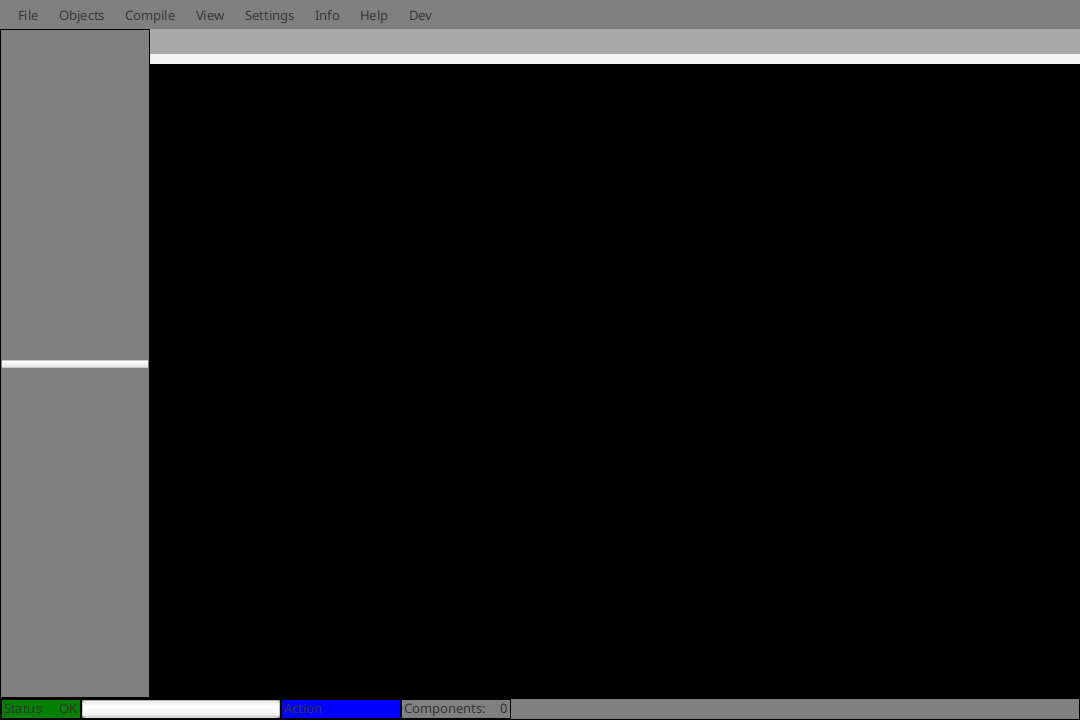
Repository: knoxaramav2/Sapa
Program's window: java nSketch/nSketch/src/system/Launcher.java
An editor plug-in stored every save of this project. The program's window is shown before and after the next save, followed by the edit.
It runs on Java 21 on a 1366 x 768 screen with JavaFX 11; the title bar is not drawn.

Above is the program's window before, as saved 2016-02-29 03:40:55.

### nSketch/nSketch/src/system/Launcher.java
package system;

import gui.Controller;
import gui.SubController;
import javafx.application.Application;
import javafx.event.ActionEvent;
import javafx.event.EventHandler;
import javafx.fxml.FXMLLoader;
import javafx.scene.Parent;
import javafx.scene.Scene;
import javafx.scene.control.Button;
import javafx.scene.layout.StackPane;
import javafx.stage.Stage;

public class Launcher extends Application{

	int defaultWidth = 1080;
	int defaultHeight = 720;

	public static void main(String[] args) {
		launch(args);
	}

	@Override
	public void start(Stage primaryStage) throws Exception {

		Controller CT = new Controller(new Settings(primaryStage), primaryStage);//primary controller
		FXMLLoader loader = new FXMLLoader(getClass().getResource("../gui/Layout.fxml"));//load primary FXML

		loader.setController(CT);

		loader.load();


		Scene scene = new Scene(loader.getRoot(),defaultWidth,defaultHeight);

		primaryStage.setScene(scene);
		primaryStage.show();
	}

}

### nSketch/nSketch/src/gui/Controller.java
package gui;

import java.awt.Desktop;
import java.io.File;
import java.io.FileInputStream;
import java.io.IOException;

import javafx.event.ActionEvent;
import javafx.fxml.FXML;
import javafx.fxml.FXMLLoader;
import javafx.scene.Parent;
import javafx.scene.Scene;
import javafx.scene.control.Button;
import javafx.scene.control.Label;
import javafx.scene.text.Text;
import javafx.stage.FileChooser;
import javafx.stage.FileChooser.ExtensionFilter;
import javafx.stage.Modality;
import javafx.stage.Stage;
import javafx.stage.StageStyle;
import system.Settings;

public class Controller {

	//Held References
	SubController sCT = null;

	Settings settings = null;
	Stage stage = null;

	@FXML Label statusLabel;
	@FXML Label actionLabel;

	public Controller(Settings st, Stage pStage)
	{
		System.out.println("Controller created");
		settings=st;

		//Load controls
		sCT = new SubController(st, pStage);
		stage=pStage;
	}


	@FXML private Text actionTarget;

	@FXML protected void actAbout(ActionEvent event)
	{
		System.out.println("About Pressed");

		try {
			FXMLLoader fxmlLoader = new FXMLLoader(getClass().getResource("About.fxml"));
			Parent root = (Parent) fxmlLoader.load();
			Stage stage = new Stage();
			stage.initModality(Modality.APPLICATION_MODAL);
			stage.setTitle("About");
			stage.setScene(new Scene(root));
			stage.show();

		} catch (IOException e) {
			// TODO Auto-generated catch block
			e.printStackTrace();
		}
	}

	@FXML protected void actExit(ActionEvent event)
	{
		System.exit(0);
	}

	@FXML protected void actProjectSettings(ActionEvent event)
	{
		System.out.println("Configure Project");

		if (!settings.isProjectActive())
			return;

		try {
			FXMLLoader prjLoader = new FXMLLoader(getClass().getResource("../gui/ProjectSettings.fxml"));//load project settings XML
			prjLoader.setController(sCT);
			Parent root = (Parent) prjLoader.load();
			sCT.LoadForm();
			Stage stage = new Stage();
			stage.initModality(Modality.APPLICATION_MODAL);
			stage.setTitle("Project Settings");
			stage.setScene(new Scene(root));
			stage.show();
		} catch (IOException e) {
			System.out.println("Failed to open configure dialog");
			e.printStackTrace();
		}
	}

	@FXML protected void actDev(ActionEvent event)
	{

		setStatus("Dev");

		try {
			FXMLLoader fxmlLoader = new FXMLLoader(getClass().getResource("Popup.fxml"));
			Parent root = (Parent) fxmlLoader.load();
			Stage stage = new Stage();
			stage.initModality(Modality.APPLICATION_MODAL);
			stage.setTitle("About");
			stage.setScene(new Scene(root));
			stage.show();

		} catch (IOException e) {
			// TODO Auto-generated catch block
			e.printStackTrace();
		}
	}

	@FXML protected void actNewProject(ActionEvent event)
	{
		System.out.println("New Project");

		//prompt for save or cancel
		if (settings.isProjectActive())
		{

		}

		try {
			FXMLLoader npWizard = new FXMLLoader(getClass().getResource("../gui/NewProject.fxml"));//new Project Wizard
			npWizard.setController(sCT);
			Parent root = (Parent) npWizard.load();
			sCT.LoadForm();
			Stage stage = new Stage();
			stage.initModality(Modality.APPLICATION_MODAL);
			stage.setTitle("Project Wizard");
			stage.setScene(new Scene(root));
			stage.show();

		} catch (IOException e) {
			// TODO Auto-generated catch block
			e.printStackTrace();
		}
	}

	@FXML protected void actLoadProject(ActionEvent event)
	{
		System.out.println("Load Project");

		FileChooser fc = new FileChooser();
		fc.setTitle("Open Project File");
		fc.setInitialDirectory(new File(settings.getProjectPath()));

		FileChooser.ExtensionFilter filter = new FileChooser.ExtensionFilter("nSketch Project (*.cns)", "*.cns");
		fc.getExtensionFilters().add(filter);

		File file = fc.showOpenDialog(stage);
		if (file!=null)
		{
			loadProjectFile(file);
		} else
			return;
	}

	@FXML protected void actSaveProject(ActionEvent event)
	{
		System.out.println("Save Project");
	}


	//Utility methods
	protected void loadProjectFile(File file)
	{

		System.out.println(file.getName());
	}

	public void setStatus(String msg)
	{
		statusLabel.setText(msg);
	}
}

### nSketch/nSketch/src/system/Settings.java
package system;

import java.util.ArrayList;

import javafx.stage.Stage;

class Version
{
	int MAJOR;
	int MINOR;
	int PATCH;

	public Version()
	{
		MAJOR=0;
		MINOR=0;
		PATCH=0;
	}

	@Override
	public
	String toString()
	{
		return new String(Integer.toString(MAJOR)+"."+Integer.toString(MINOR)+"."+Integer.toString(PATCH));
	}
}

/*
 * Stores all project information
 *
 */
public class Settings {

	//project information
	String projectName = null;
	String projectPath = null;
	Version version = null;
	Boolean activeProject = null;
	ArrayList <String> fileList = null;

	//Compiler Settings
	Boolean bitmode64;
	String interLang;

	//Biology Globals
	public Double ECSC;//extra cellular space concentration
	public Integer TDF;//time dilation factor

	//system references
	Stage primaryStage = null;

	//file tracking
	ArrayList <String> ProjectFiles = null;

	public Settings(Stage stg)
	{
		projectName = new String();
		projectPath = new String();
		version = new Version();
		activeProject=new Boolean(false);
		fileList = new ArrayList <String>();

		bitmode64 = new Boolean(true);
		interLang = new String("C");

		ECSC = new Double(0.0);
		TDF = new Integer(1);

		primaryStage = stg;

		setProjectName("untitled");
		setProjectPath("projects/");
	}

	public void setProjectName(String name)
	{
		projectName=name;

		projectPath=new String(projectPath+projectName);

		primaryStage.setTitle("nSketch    - "+name);

		System.out.println("Project name set to "+name);
	}

	public void setVersion(int M, int m, int p)
	{
		version.MAJOR=M;
		version.MINOR=m;
		version.PATCH=p;
	}

	public String getProjectName()
	{
		return projectName;
	}

	public Boolean isProjectActive()
	{
		return activeProject;
	}

	public String getProjectPath()
	{
		return projectPath;
	}

	public String getPath()
	{
		return new String(projectPath+projectName+"/");
	}

	public String getVersion()
	{
		return version.toString();
	}

	public String getInterLang()
	{
		return interLang;
	}

	public ArrayList<String> getFileList()
	{
		return fileList;
	}

	public Boolean is64bit()
	{
		return bitmode64;
	}

	public void setProjectPath(String path)
	{
		System.out.println("Settings path to "+path);
		projectPath=path;
	}

	public void setProjectActive(Boolean state)
	{
		activeProject=state;
	}

}

### nSketch/nSketch/src/gui/SubController.java
package gui;

import java.io.File;
import java.io.IOException;

import appFields.VersionField;
import fileIo.ProjectWriter;
import javafx.event.ActionEvent;
import javafx.fxml.FXML;
import javafx.scene.control.Button;
import javafx.scene.control.RadioButton;
import javafx.scene.control.TextField;
import javafx.scene.text.Text;
import javafx.stage.DirectoryChooser;
import javafx.stage.Stage;
import system.FileUtility;
import system.Settings;

public class SubController {

	//User mutable data
	Settings settings = null;
	Stage stage;

	@FXML private TextField prjSetName;
	@FXML private TextField prjPath;
	@FXML private VersionField prjVers;
	@FXML private Button prjSetCancel;
	@FXML private Button prjSetConfirm;
	@FXML private Button prjFileIO;
	@FXML private RadioButton rb1, rb2;

	public SubController(Settings st, Stage stg)
	{
		System.out.println("SubController created");

		settings=st;
		stage=stg;

		prjSetName = new TextField();
		prjPath = new TextField();
	}

	public void LoadForm()
	{
		prjSetName.setText(settings.getProjectName());
		prjPath.setText(settings.getProjectPath());
		rb1.setSelected(true);
		rb2.setSelected(false);
	}

	@FXML protected void actConfirmSettings(ActionEvent event)
	{
		System.out.println("Confirmed Settings");

		//load current information

		//copy data to settings
		settings.setProjectName(prjSetName.getText());

		System.out.println("--> "+prjSetName.getText());


		ProjectWriter.saveProject(settings);

		((Stage) prjSetConfirm.getScene().getWindow()).close();
	}

	@FXML protected void actCancelSettings(ActionEvent event)
	{
		System.out.println("Canceled Settings");

		((Stage) prjSetCancel.getScene().getWindow()).close();

	}

	@FXML protected void actConfirmNewProject(ActionEvent event)
	{
		System.out.println("Project Wizard Confirmation");

		//Validate controls
			//Verify output is unused
		System.out.println("Checking for path or file "+settings.getProjectPath()+prjSetName.getText());
		if (FileUtility.PathExists(settings.getProjectPath()+prjSetName.getText()))
		{
			//path exists
			System.out.println("Project already exists");
		}
		//Create new project files
		settings.setProjectName(prjSetName.getText());
		settings.setProjectPath(prjPath.getText());



		if (ProjectWriter.writeProjectFile(settings))
			settings.setProjectActive(true);
		else
			System.out.println("Project unable to be created");

		((Stage) prjSetConfirm.getScene().getWindow()).close();
	}

	@FXML protected void actCancelNewProject(ActionEvent event)
	{
		System.out.println("Canceled Settings");

		((Stage) prjSetCancel.getScene().getWindow()).close();
	}

	@FXML protected void actSelectPath(ActionEvent event)
	{
		System.out.println("Select Path");

		DirectoryChooser dc = new DirectoryChooser();

		dc.setTitle("Select Project Parent Directory");
		File pth = dc.showDialog(stage);

		if (pth!=null)
		{
			try {
				settings.setProjectPath(pth.getCanonicalPath());
				this.LoadForm();
			} catch (IOException e) {
				// TODO Auto-generated catch block
				e.printStackTrace();
			}
		}
	}
}

### nSketch/nSketch/src/gui/Layout.fxml
<?xml version="1.0" encoding="UTF-8"?>

<?import java.net.*?>
<?import javafx.geometry.*?>
<?import javafx.scene.control.*?>
<?import javafx.scene.layout.*?>
<?import javafx.scene.text.*?>
<?import javafx.scene.layout.VBox?>
<?import javafx.scene.control.SplitPane?>
<?import javafx.scene.layout.Pane?>

<BorderPane xmlns:fx="http://javafx.com/fxml"
	prefHeight="720" prefWidth="1080">

	<bottom>
		<GridPane fx:id="statusPane" prefHeight="20.0" BorderPane.alignment="CENTER"
			style="-fx-background-color:gray; -fx-border-color:black;  -fx-border-width:1; -fx-border-style:solid">
			<AnchorPane style="-fx-border-color:black; -fx-background-color:green" fx:id="statusPane"
				GridPane.columnIndex="0" GridPane.rowIndex="0"
				prefWidth="80">
				<Label text="Status " AnchorPane.leftAnchor="2"/>
				<Label text="OK" fx:id="statusLabel" AnchorPane.rightAnchor="2"/>
			</AnchorPane>
			<ProgressBar fx:id="loadBar" prefHeight="20.0" prefWidth="200" BorderPane.alignment="CENTER" progress="0"
				style="-fx-background-color:gray; -fx-border-color:black;  -fx-border-width:1; -fx-border-style:solid"
				GridPane.columnIndex="1" GridPane.rowIndex="0"/>
			<AnchorPane style="-fx-border-color:black; -fx-background-color:blue" fx:id="actionPane"
				GridPane.columnIndex="2" GridPane.rowIndex="0"
				prefWidth="120">
				<Label text="Action " AnchorPane.leftAnchor="2"/>
				<Label text="" fx:id="actionLabel" AnchorPane.rightAnchor="2"/>
			</AnchorPane>
			<AnchorPane style="-fx-border-color:black" fx:id="statsPane"
				GridPane.columnIndex="3" GridPane.rowIndex="0"
				prefWidth="110">
				<Label text="0" AnchorPane.rightAnchor="2"/>
				<Label text="Components:" fx:id="componentLabel" AnchorPane.leftAnchor="2"/>
			</AnchorPane>
		</GridPane>
	</bottom>
	<left>
		<SplitPane fx:id="lPane" orientation="VERTICAL" style="-fx-background-color:gray; -fx-border-color:black; -fx-border-width:1; -fx-border-style:solid"
			dividerPositions="0.5" maxHeight="-Infinity" maxWidth="-Infinity" prefHeight="1080" prefWidth="150">
			<items>
				<ScrollPane fx:id="hierarchyPane" style="-fx-background:gray">
					<content>
						<VBox alignment="center">
							<!-- Current Project Levels -->
						</VBox>
					</content>
				</ScrollPane>
				<ScrollPane fx:id="componentPane" style="-fx-background:gray">
					<content>
						<VBox alignment="center">
							<!-- Current Component templates -->
						</VBox>
					</content>
				</ScrollPane>
			</items>
		</SplitPane>
	</left>
	<top>
		<MenuBar fx:id="menuBar" style="-fx-background-color:gray">
	      <menus>
	         <Menu text="File">
	            <items>
	               <MenuItem text="New Project" onAction="#actNewProject"/>
	               <MenuItem text="Open Project" onAction="#actLoadProject"/>
	               <MenuItem text="Save Project" onAction="#actSaveProject"/>
	               		<SeparatorMenuItem />
	               <MenuItem text="New Diagram"/>
	               <MenuItem text="Open Diagram"/>
	               <MenuItem text="Import Diagram"/>
	               <MenuItem text="Save Diagram"/>
	               <MenuItem text="Save Diagram As"/>
	               		<SeparatorMenuItem  />
	               <MenuItem text="Exit" onAction="#actExit"/>
	            </items>
	         </Menu>
	         <Menu text="Objects">
	            <items>
	               <MenuItem text="View Objects"/>
	               		<SeparatorMenuItem />
	               <MenuItem text="Define New"/>
	            </items>
	         </Menu>
	         <Menu text="Compile">
	            <items>
	               <MenuItem text="Export Connectome"/>
	               <MenuItem text="Compile to Runnable"/>
	            </items>
	         </Menu>
	         <Menu text="View">
	            <items>
	               <MenuItem text="View Settings"/>
	            </items>
	         </Menu>
	         <Menu text="Settings">
	            <items>
	               <MenuItem text="Configure Project" onAction="#actProjectSettings"/>
	               <MenuItem text="Compilation Settings"/>
	               <MenuItem text="Project Settings"/>
	            </items>
	         </Menu>
	         <Menu text="Info">
	            <items>
	               <MenuItem text="Statistics"/>
	            </items>
	         </Menu>
	         <Menu text="Help">
	            <items>
	               <MenuItem text="About" onAction="#actAbout"/>
	            </items>
	         </Menu>
	         <Menu text="Dev">
	            <items>
	               <MenuItem text="Test Feature" onAction="#actDev"/>
	            </items>
	         </Menu>
	      </menus>
	   </MenuBar>
	  </top>
	<center>
		<VBox spacing="10.0">
			<children>
				<TabPane style="-fx-background-color:darkgray" minHeight="25">

				</TabPane>
				<Pane style="-fx-background-color:black" prefHeight="720">

				</Pane>
			</children>
		</VBox>
	</center>

</BorderPane>

After the next save:
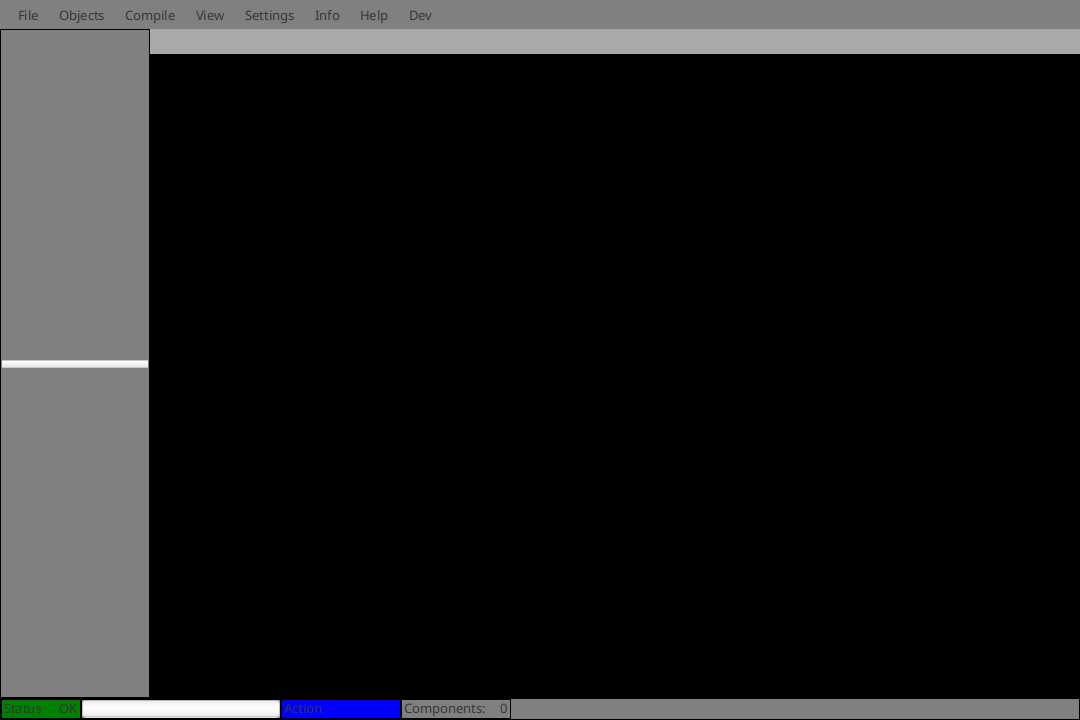
Saved 16 s later.
--- a/nSketch/nSketch/src/gui/Layout.fxml
+++ b/nSketch/nSketch/src/gui/Layout.fxml
@@ -121,7 +121,7 @@
 	   </MenuBar>
 	  </top>
 	<center>
-		<VBox spacing="10.0">
+		<VBox>
 			<children>
 				<TabPane style="-fx-background-color:darkgray" minHeight="25">
 
